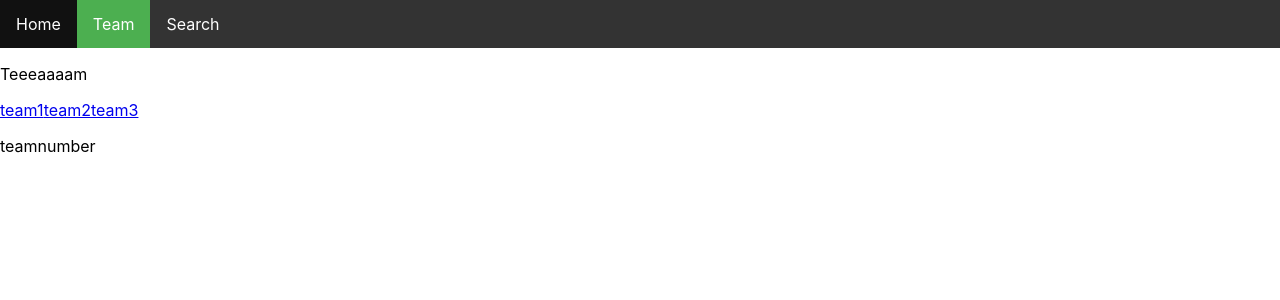
Repository: cph-ms782/SemesterProjekt_Frontend
Page: /#/team (app in 3SemFront/)
These files come from the project's save history. The page is drawn as it stood at one moment and after the next save; the edit follows.
The browser window is 1280 px wide. The pictures show the whole page.
The project was rebuilt for these pictures with package versions that can differ from the ones it lists, and the page was loaded fresh each time. Also part of the build but not shown: 3SemFront/src/components/Home.js, 3SemFront/src/components/UserInfo.js, 3SemFront/src/components/AllAboutTeam.js, 3SemFront/src/components/Search.js.

Above is the page before, as saved 2019-11-19 14:36:41.

### 3SemFront/src/index.css
body {
  margin: 0;
  font-family: -apple-system, BlinkMacSystemFont, "Segoe UI", "Roboto", "Oxygen",
    "Ubuntu", "Cantarell", "Fira Sans", "Droid Sans", "Helvetica Neue",
    sans-serif;
  -webkit-font-smoothing: antialiased;
  -moz-osx-font-smoothing: grayscale;
}

ul.header {
  list-style-type: none;
  margin: 0;
  padding: 0;
  overflow: hidden;
  background-color: #333;
}

ul.header li {
  float: left;
}

ul.header li a {
  display: block;
  color: white;
  text-align: center;
  padding: 14px 16px;
  text-decoration: none;
}

ul.header li a:hover:not(.active) {
  background-color: #111;
}

.active {
  background-color: #4caf50;
}

### 3SemFront/src/App.js
import React, { useState } from "react";
import {
  HashRouter as Router,
  Route,
  NavLink,
  Switch
} from "react-router-dom";
import facade from "./components/loginFacade";
import Home from "./components/Home";
import Team from "./components/Team";
import AllAboutTeam from "./components/AllAboutTeam";
import Search from "./components/Search";
import UserInfo from "./components/UserInfo";

function App() {
  console.log("App");
  const [teamName, setTeamName] = useState("");

  return (
    <div>
      <Router >
        <div>
          <Header />
          <Switch>
            <Route exact path="/"><Home /></Route>
            <Route path="/team"><Team /></Route>
            <Route path="/allaboutteam"><AllAboutTeam /></Route>
            <Route path="/search" ><Search teamName={{ teamName: [teamName, setTeamName] }} /></Route>
            <Route path="/userinfo"><UserInfo /></Route>
            <Route component={NoMatch} />
          </Switch>
        </div>
      </Router>
      <p>teamnumber </p>
      <p>{teamName}</p>
    </div>
  );
}

function Header() {
  console.log("Header");
  return (
    <div>
      <ul className="header">
        <li><NavLink exact activeClassName="active" to="/">Home</NavLink></li>
        <li><NavLink activeClassName="active" to="/team">Team</NavLink></li>
        <li><NavLink activeClassName="active" to="/search">Search</NavLink></li>
      </ul>
    </div>
  )
}

function NoMatch() {
  console.log("NoMatch");
  return (
    <div>
      Hello NoMatch
    </div>
  )
}

export default App;

### 3SemFront/src/components/loginFacade.js
import URL from "../settings";

function handleHttpErrors(res) {
  if (!res.ok) {
    return Promise.reject({ status: res.status, fullError: res.json() });
  }
  return res.json();
}

class LoginFacade {
  setToken = token => {
    localStorage.setItem("jwtToken", token);
  };
  getToken = () => {
    return localStorage.getItem("jwtToken");
  };
  loggedIn = () => {
    console.log("loggedIn func");
    const loggedIn = this.getToken() != null;
    return loggedIn;
  };
  logout = () => {
    localStorage.removeItem("jwtToken");
  };
  login = (user, pass) => {
    console.log("user, pass", user, pass)
    const options = this.makeOptions("POST", true, {
      username: user,
      password: pass
    });
    return fetch(URL + "/api/login", options)
      .then(handleHttpErrors)
      .then(res => {
        this.setToken(res.token);
      })
      .catch(err => { throw err });
  };

  getRole = () => {
    let jwt = localStorage.getItem("jwtToken");
    let jwtData = jwt.split(".")[1];
    let decodedJwtJsonData = window.atob(jwtData);
    let decodedJwtData = JSON.parse(decodedJwtJsonData);
    return decodedJwtData.roles;
  };

  makeOptions(method, addToken, body) {
    console.log("makeOptions");
    var opts = {
      method: method,
      headers: {
        "Content-type": "application/json",
        'Accept': "application/json"
      }
    };
    if (addToken && this.loggedIn()) {
      opts.headers["x-access-token"] = this.getToken();
    }
    if (body) {
      opts.body = JSON.stringify(body);
    }
    console.log("opts", opts);
    return opts;
  }

  fetchSW = () => {
    console.log("fetchSW");
    const options = this.makeOptions("GET", true); //True add's the token
    return fetch(URL + "/api/sw/datadto", options).then(handleHttpErrors);
  }

  fetchData = () => {
    console.log("fetchData");
    const options = this.makeOptions("GET", true); //True add's the token
    if (this.getRole() === "admin") {
      return fetch(URL + "/api/info/admin", options).then(handleHttpErrors);
    } else {
      return fetch(URL + "/api/info/user", options).then(handleHttpErrors);
    }
  };

}
const facade = new LoginFacade();
export default facade;

### 3SemFront/src/components/Team.js
import React from "react";

function Team() {
  const teams = ["team1", "team2", "team3"];
  console.log("Team");
  return (
    <div>
      <p>Teeeaaaam</p>
      <div class="dropdown-content" id="myDropdown">
        {teams.map(team => {
          return <a href="#">{team}</a>;
        })}
      </div>
    </div>
  );
}

export default Team;

### 3SemFront/src/settings.js
const URL = "https://sandersolutions.dk/ca3_backend";
//const URL = "https://localhost:8080/ca3_backend";

export default URL;

Loaded but not shown: 3SemFront/public/index.html (common file); 3SemFront/src/index.js (common file)

After the next save:
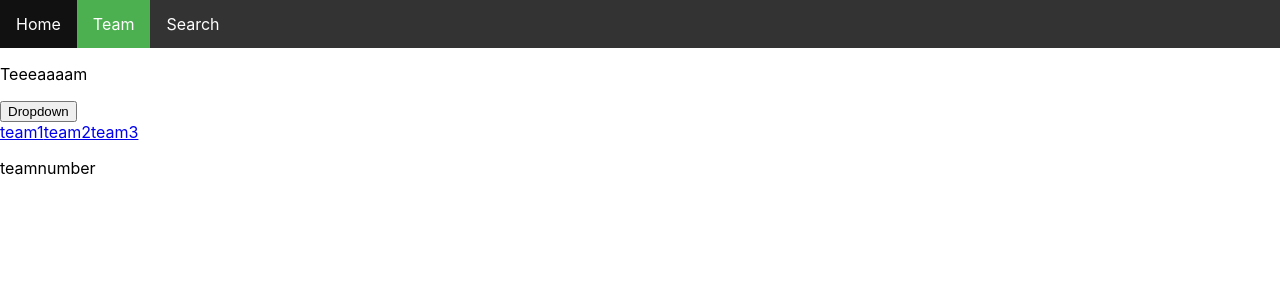
Saved 97 s later.
--- a/3SemFront/src/components/Team.js
+++ b/3SemFront/src/components/Team.js
@@ -6,10 +6,16 @@ function Team() {
   return (
     <div>
       <p>Teeeaaaam</p>
-      <div class="dropdown-content" id="myDropdown">
-        {teams.map(team => {
-          return <a href="#">{team}</a>;
-        })}
+      <div class="dropdown">
+        <button class="dropbtn" onclick="myFunction()">
+          Dropdown
+          <i class="fa fa-caret-down"></i>
+        </button>
+        <div class="dropdown-content" id="myDropdown">
+          {teams.map(team => {
+            return <a href="#">{team}</a>;
+          })}
+        </div>
       </div>
     </div>
   );
